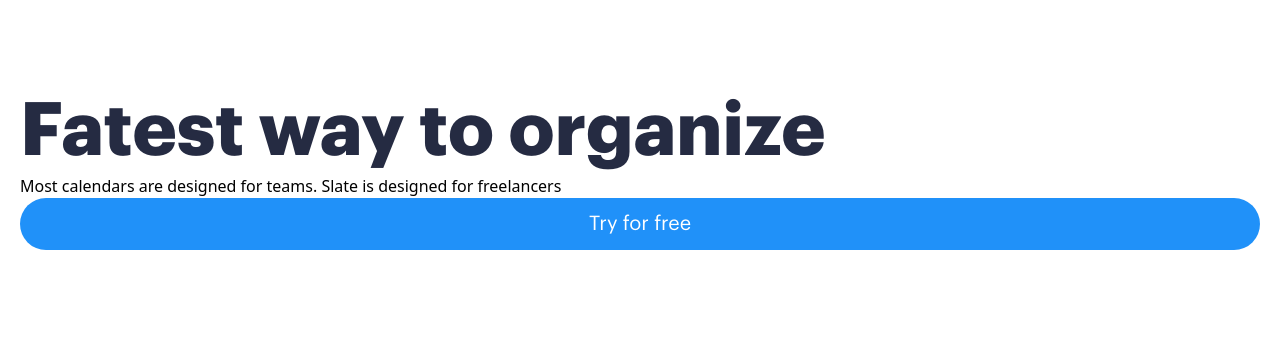
Repository: SK3010z/figmaland-tailwind
Page: /
The author's editor kept a copy of each file at every save. The page is drawn from the files as they stood at one save, then again after the next save.
The browser window is 1280 px wide. The pictures show the whole page.
The project was rebuilt for these pictures with package versions that can differ from the ones it lists, and the page was loaded fresh each time. Also part of the build but not shown: vite.config.js, src/mediaQueries.jsx.

Above is the page before, as saved 2024-08-19 13:23:34.

### index.html
<!doctype html>
<html lang="en">
  <head>
    <meta charset="UTF-8" />
    <link rel="icon" type="image/svg+xml" href="/vite.svg" />
    <meta name="viewport" content="width=device-width, initial-scale=1.0" />
    <title>FigmaLand</title>
  </head>
  <body>
    <div id="root"></div>
    <script type="module" src="/src/main.jsx"></script>
  </body>
</html>

### src/main.jsx
import { StrictMode } from 'react'
import { createRoot } from 'react-dom/client'
import App from './App.jsx'
import MediaQueries from './mediaQueries.jsx'
import './index.css'

createRoot(document.getElementById('root')).render(
  <StrictMode>
    <App/>
  </StrictMode>
)

### src/App.jsx
import { Button } from "./components/Button"
import { CalendarFeature } from "./components/CalendarFeature"
import { Heading } from "./components/Heading"
function App() {
  return (
    <div className="bg-darkBackground">
      <CalendarFeature></CalendarFeature>
    </div>
  )
}

export default App

### src/index.css
@tailwind base;
@tailwind components;
@tailwind utilities;

@font-face {
  font-family: "Graphik-bold";
  src: url(./fonts/Graphik/Graphik-Bold-Trial.otf) format("opentype");
  font-style: normal;
  font-display: swap;
}
@font-face {
  font-family: "Graphik";
  src: url(./fonts/Graphik/Graphik-Regular-Trial.otf) format("opentype");
  font-style: normal;
  font-display: swap;
}

### src/components/Button/index.jsx
export const Button = ({ children, variant = "primary", isBold = false }) => {
  return (
    <button
      className={`flex items-center justify-center p-4 rounded-full font-graphik text-xl leading-5
        ${
          variant === "primary"
            ? "bg-primary text-white"
            : "bg-white text-primary"
        }
        ${isBold && "font-graphik-bold"}
      `}
    >
      {children}
    </button>
  );
};

### src/components/CalendarFeature/index.jsx
import { Button } from "../Button";
import { Heading } from "../Heading";
import CalendarImage from "../../assets/images/features/calendar-feature-screenshot.png";

export const CalendarFeature = ({}) => {
    return (
        <section className="bg-white py-[90px] px-5">
            <div className="flex flex-col">
                <Heading isBold>Fatest way to organize</Heading>
                <p>
                    Most calendars are designed for teams. Slate is designed for
                    freelancers
                </p>
                <Button>Try for free</Button>
            </div>

            <img scr={CalendarImage} />
        </section>
    );
};

### src/components/Heading/index.jsx
export const Heading = ({children, type = "h1", color = ''}) => {
    const customizedColor = color === 'white' ? 'text-white' : 'text-text'

    if (type == "h1") {
        return (
            <h1 className={`text-[4.625rem] leading-[84px] font-graphik-bold ${customizedColor}`}>{children}</h1>
        )
    }

    return(
     <h2 className={`text-5xl leading-[55px] font-graphik ${customizedColor}`}>{children}</h2>
    )
};

### tailwind.config.js
/** @type {import('tailwindcss').Config} */
export default {
  content: [
    "./index.html",
    "./src/**/*.{js,ts,jsx,tsx}",
  ],
  theme: {
    extend: {
      fontFamily: {
        'graphik': ['Graphik','sans-serif'],
        'graphik-bold': ['Graphik-bold','sans-serif']
      },
      colors: {
        primary: '#2091F9',
        text: '#252B42',
        decondaryText: '#374754',
        darkBackground: '#252B42'
      }
    },
  },
  plugins: [],
}

After the next save:
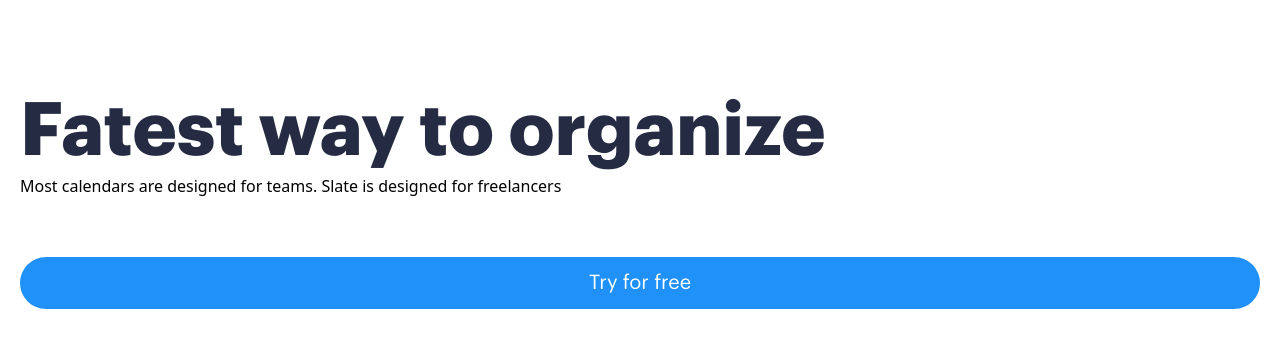
Saved 2 min 47 s later.
--- a/src/components/CalendarFeature/index.jsx
+++ b/src/components/CalendarFeature/index.jsx
@@ -6,8 +6,8 @@
     return (
         <section className="bg-white py-[90px] px-5">
             <div className="flex flex-col">
-                <Heading isBold>Fatest way to organize</Heading>
-                <p>
+                <Heading className="mb-4">Fatest way to organize</Heading>
+                <p className="mb-[59px]">
                     Most calendars are designed for teams. Slate is designed for
                     freelancers
                 </p>
